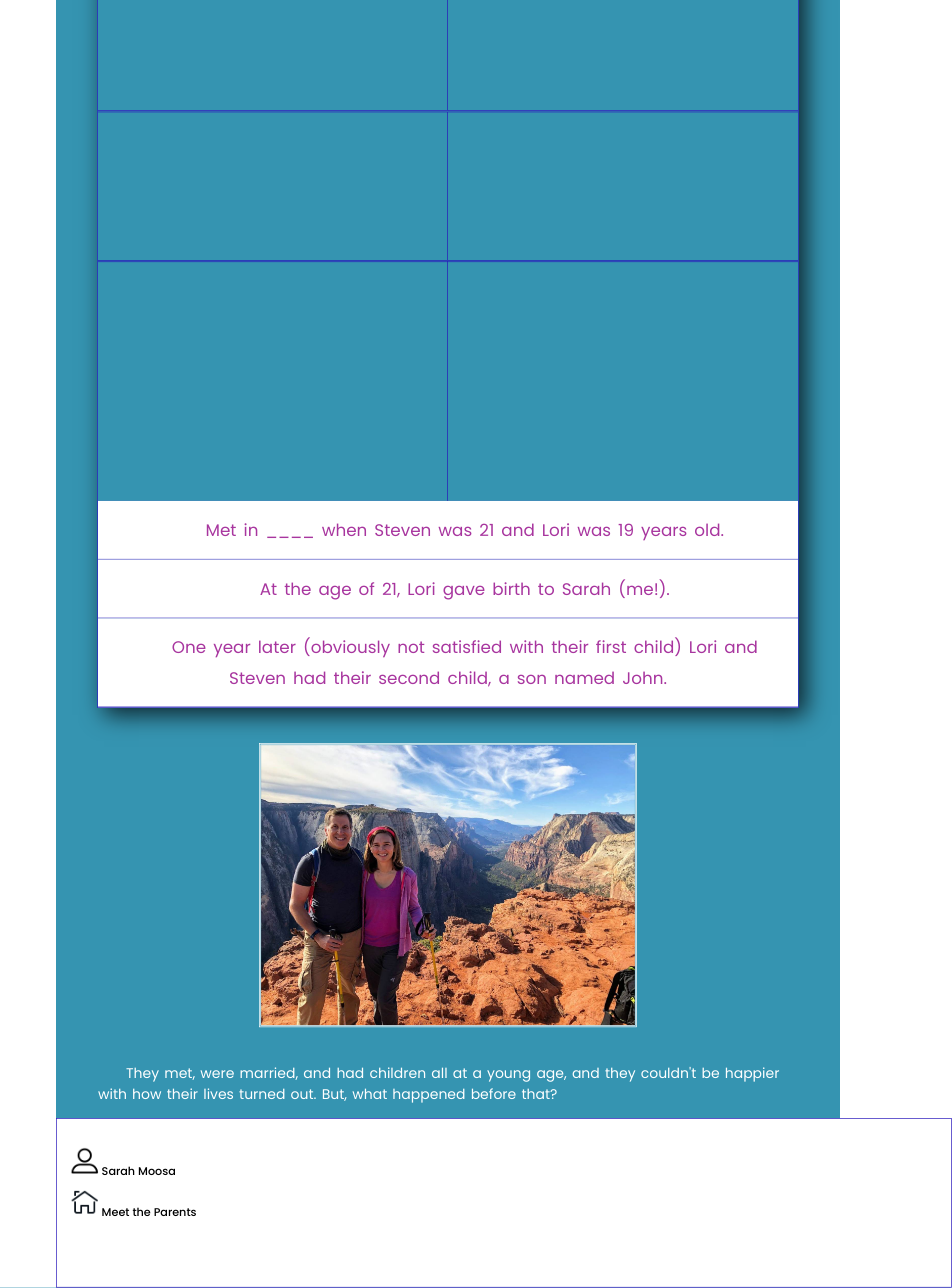
Repository: Sbethm/parents-tribute
Page: timeline.html
These files come from the project's save history. The page is drawn as it stood at one moment and after the next save; the edit follows.
The browser window is 1280 px wide. The page is 1360 px wide, then 1280 px, so the pictures cover 1360 px, including what lies to the right of the window. The pictures show the part of the page from y = 1708 to 3548 px (the page is 3548 px tall), at 70% of full size.

Above is the page before, as saved 2021-02-24 13:02:00.

### timeline.html
<!DOCTYPE html>
<html>
    <head>
      <meta charset="UTF-8">
      <title>Before They Met</title>
      <meta name="description" content="A choose your own story adventure game">
      <meta name="viewport" content="width=device-width, initial-scale=1.0">
      <link rel="preconnect" href="https://fonts.gstatic.com">
      <link href="https://fonts.googleapis.com/css2?family=Poppins:ital,wght@0,400;0,500;0,600;0,700;0,800;0,900;1,400;1,500;1,600;1,700;1,800;1,900&family=Sora:wght@400;500;600;700;800&display=swap" rel="stylesheet"> <!--
        This is used for headings:
        font-family: 'Sora', sans-serif;
        This is used for content:
        font-family: 'Poppins', sans-serif;-->
      <link href="style.css" type="text/css" rel="stylesheet">
    </head>

    <body>
      <header>
        <h1>Meet the Parents</h1>
        <nav class="navigation">
          <a href="timeline.html">Before They Met</a>
          <a class= "a--border" href="index.html">Meet the Parents</a>
          <a href="lesson.html">The Lesson</a>
          </nav>
      </header>
      <main>
        <h2>Before They Met</h2>
        <p class="p--first">My parents were married at a young age. So, many of the stories they share are about their lives together.</p>
        <p class="p--last">They met, were married, and had children all at a young age, and they couldn't be happier with how their lives turned out. But, what happened before that?</p>
        <div class="grid--timeline">
            <div class="grid__box--timeline dad">Steven</div>
            <div class="grid__box--timeline mom">Lori</div>
            <!---------Dad's Grid Boxes---------->
            <div class="grid__box--timeline f-1">Born in 1969. The same year that man  first stepped on the moon.</div>
            <div class="grid__box--timeline f-2">Steven attended a small Catholic school.</div>
            <div class="grid__box--timeline f-3">During recess in the 4th grade, he gashed his elbow while playing a rough-and-tumble game of football. This resulted in four stitches (for a nine year old that’s a lot of stitches!)</div>
            <div class="grid__box--timeline f-4">When he was thirteen, he camped in the backyard and stayed up all night.</div>
            <div class="grid__box--timeline f-5">He ran his first high school track meet, the 100 yard dash, and won third place. For the first track meet, that's not too shabby!</div>
            <div class="grid__box--timeline f-6">He was in a car accident, "not his fault", which lead to more stitches but this time in his forehead. Because of this, he had to sit out his senior year homecoming football game.</div>
            <div class="grid__box--timeline f-7">Having the lead role as Jesus during my high school senior year. It was the first annual Easter Passion play the school performed.</div>
            <div class="grid__box--timeline f-8">I remember a dream I had where I met a beautiful girl, at a homecoming dance, who I eventually married and we had two terrific kids who eventually married and gave me two more kids to enjoy time with.</div>
            <!---------Dad's Grid Box Covers----->
            <div class="cover__left f-1__cover">1969</div>
            <div class="cover__left  f-2__cover">School</div>
            <div class="cover__left  f-3__cover"></div>
            <div class="cover__left  f-4__cover"></div>
            <div class="cover__left  f-5__cover"></div>
            <div class="cover__left  f-6__cover"></div>
            <div class="cover__left  f-7__cover"></div>
            <div class="cover__left  f-8__cover"></div>
            <!---------Mom's Grid Boxes---------->
            <div class="grid__box--timeline m-1">Born in 1970. What happened this year? Oh, yeah! Mom was born!</div>
            <div class="grid__box--timeline m-2">Lori attended a slightly larger public school.</div>
            <div class="grid__box--timeline m-3">She cut off one of her pigtails in the bathroom. Perhaps to see if she had the makings of a hairstylist? Let's just say, this career path ended here.</div>
            <div class="grid__box--timeline m-4">She had skied half of a bunny slope when she realized this daredevil sport wasn't for her.</div>
            <div class="grid__box--timeline m-5">She performed the lead role in a junior high school play.</div>
            <div class="grid__box--timeline m-6">After a white knuckled horse ride in the Appalachians, she discovered that she was not meant to lead a life of adventure</div>
            <div class="grid__box--timeline m-7">made camps with her cousins in the Ritchie woods.</div>
            <div class="grid__box--timeline m-8">made camps with her cousins in the Ritchie woods.</div>
            <!---------Mom's Grid Box Covers----->
            <div class="cover__right m-1__cover"></div>
            <div class="cover__right m-2__cover"></div>
            <div class="cover__right m-3__cover"></div>
            <div class="cover__right m-4__cover"></div>
            <div class="cover__right m-5__cover"></div>
            <div class="cover__right m-6__cover"></div>
            <div class="cover__right m-7__cover"></div>
            <div class="cover__right m-8__cover"></div>
            <!--------After They Met Boxes------->
            <div class="grid__box--timeline fm-1">Met in ____ when Steven was 21 and Lori was 19 years old.</div>
            <div class="grid__box--timeline fm-2">At the age of 21, Lori gave birth to Sarah (me!).</div>
            <div class="grid__box--timeline fm-3">One year later (obviously not satisfied with their first child) Lori and Steven had their second child, a son named John.</div>
        </div>
        <section>
          <img class="img-hiking"src="img/hiking.jpg" alt="Mom and dad enjoying a hike.">
          <p class="p--last">They met, were married, and had children all at a young age, and they couldn't be happier with how their lives turned out. But, what happened before that?</p>
        </section>
      </main>
      <footer>
        <img class="icon" src="img/profile_icon.png" alt="profile icon">
        Sarah Moosa
        <br><br>
        <img class="icon" src="img/home_icon.png" alt="home icon">
        Meet the Parents
      </footer>
    </body>

</html>

### style.css
/*
html5doctor.com Reset Stylesheet
v1.6.1
Last Updated: 2010-09-17
Author: Richard Clark - http://richclarkdesign.com
Twitter: @rich_clark
*/

html, body, div, span, object, iframe,
h1, h2, h3, h4, h5, h6, p, blockquote, pre,
abbr, address, cite, code,
del, dfn, em, img, ins, kbd, q, samp,
small, strong, sub, sup, var,
b, i,
dl, dt, dd, ol, ul, li,
fieldset, form, label, legend,
table, caption, tbody, tfoot, thead, tr, th, td,
article, aside, canvas, details, figcaption, figure,
footer, header, hgroup, menu, nav, section, summary,
time, mark, audio, video {
    margin:0;
    padding:0;
    border:0;
    outline:0;
    font-size:100%;
    vertical-align:baseline;
    background:transparent;
}

body {
    line-height:1;
}

article,aside,details,figcaption,figure,
footer,header,hgroup,menu,nav,section {
    display:block;
}

nav ul {
    list-style:none;
}

blockquote, q {
    quotes:none;
}

blockquote:before, blockquote:after,
q:before, q:after {
    content:'';
    content:none;
}

a {
    margin:0;
    padding:0;
    font-size:100%;
    vertical-align:baseline;
    background:transparent;
}

/* change colours to suit your needs */
ins {
    background-color:#ff9;
    color:#000;
    text-decoration:none;
}

/* change colours to suit your needs */
mark {
    background-color:#ff9;
    color:#000;
    font-style:italic;
    font-weight:bold;
}

del {
    text-decoration: line-through;
}

abbr[title], dfn[title] {
    border-bottom:1px dotted;
    cursor:help;
}

table {
    border-collapse:collapse;
    border-spacing:0;
}

/* change border colour to suit your needs */
hr {
    display:block;
    height:1px;
    border:0;
    border-top:1px solid #cccccc;
    margin:1em 0;
    padding:0;
}

input, select {
    vertical-align:middle;
}

/* MY CODE BELOW */

body {
    width: 100vw;
    position: absolute;
}

main {
    width: calc(100vw - 40px);
    height: 100%;
    margin: 20px 20px;
    background-color: rgb(53, 148, 177);
}

header {
    width: 100vw;
    padding-top: 40px;
    background-color: rgb(255, 255, 255);
    display: flex;
    flex-direction: column;
    justify-content: center;
}

h1 {
    width: 100%;
    font-family: 'Sora', sans-serif;
    color: rgb(53, 148, 177);
    font-size: 3em;
    font-weight: 700;
    text-align: center;
    padding-bottom: 30px;
}

.navigation {
    max-width: 100vw;
    background-color: rgb(126, 66, 121);
    text-align: center;
    display: grid;
    grid-template-columns: repeat(3, 1fr);
    grid-template-areas:
      " time meet lesson";
}

.time {
    grid-area: time;
}

.meet {
    grid-area: meet;
}

.lesson {
    grid-area: lesson;
}

a {
    padding: 20px 7px;
    background-color: rgb(168, 54, 159);
    font-family: 'Poppins', sans-serif;
    font-size: 1em;
    font-weight: 400;
    color: rgb(255, 255, 255);
    text-decoration: none;
}

.a--border {
    border-left: solid 2px rgb(182, 97, 173);
    border-right: solid 2px rgb(182, 97, 173);
}

a:hover {
    background-color: rgb(97, 49, 92);
}

section {
    width: 100%;
}

h2 {
    max-width: 100%;
    padding: 20px 20px 10px 20px;
    font-family: 'Sora', sans-serif;
    font-size: 1.5em;
    font-weight: 600;
    text-align: center;
    color: rgb(255, 255, 255);
}


.img-sitting,
.img-hiking,
.disney-adventure__img {
    max-width: 100%;
    height: auto;
    justify-content: center;
    align-content: center;
}

.p--first,
.p--inner,
.p--last {
    font-family: 'Poppins', sans-serif;
    font-size: 1em;
    text-indent: 2em;
    line-height: 1.5em;
    word-spacing: 0.1em;
    color: rgb(255, 255, 255);
}

.p--first {
    padding: 10px 20px 0px 20px;
}

.p--inner {
    padding: 0px 20px 0px 20px;
}

.p--last {
    padding: 0px 20px 10px 20px;
}

footer {
    width: calc(100vw - 42px);
    height: 100px;
    padding: 40px 20px 0 20px;
    position: relative;
    bottom: 0;
    font-family: 'Poppins', sans-serif;
    font-size: 1em;
    font-weight: 500;
    border: solid 1px rgb(40, 23, 187);
}

.icon {
    width: 20px;
    height: auto;
}
/*MEET THE PARENTS CODE PHONE*/

.img-sitting {
    margin: 10px 0;
}

/*TIMELINE CODE PHONE*/

.grid--timeline {
    display: grid;
    margin: 10px 0;
    border: solid 1px rgb(40, 23, 187);
    grid-template-columns: 1fr 1fr;
    grid-template-rows: repeat(13, fit-content);
    grid-template-areas:
        "tl tl"
        "dad mom"
        "f-1 m-1"
        "f-2 m-2"
        "f-3 m-3"
        "f-4 m-4"
        "f-5 m-5"
        "f-6 m-6"
        "f-7 m-7"
        "f-8 m-8"
        "fm-1 fm-1"
        "fm-2 fm-2"
        "fm-3 fm-3";
}

.grid__box--timeline {
    background-color: rgb(255, 255, 255);
    padding: 10px 7px;
    color: rgb(168, 54, 159);
    text-align: center;
    font-family: 'Poppins', sans-serif;
    font-weight: 500;
    font-size: 1em;
}

.dad {
    grid-area: dad;
    border-top: solid 1px rgb(40, 23, 187);
    border-bottom: solid 1px rgb(40, 23, 187);
    border-right: solid 1px rgb(40, 23, 187);
}

.mom {
    grid-area: mom;
    border-top: solid 1px rgb(40, 23, 187);
    border-bottom: solid 1px rgb(40, 23, 187);
}

.f-1 {
    grid-area: f-1;
    border-bottom: solid 1px rgb(40, 23, 187);
    border-right: solid 1px rgb(40, 23, 187);
}

.f-2 {
    grid-area: f-2;
    border-bottom: solid 1px rgb(40, 23, 187);
    border-right: solid 1px rgb(40, 23, 187);
}

.f-3 {
    grid-area: f-3;
    border-bottom: solid 1px rgb(40, 23, 187);
    border-right: solid 1px rgb(40, 23, 187);
}

.f-4 {
    grid-area: f-4;
    border-bottom: solid 1px rgb(40, 23, 187);
    border-right: solid 1px rgb(40, 23, 187);
}

.f-5 {
    grid-area: f-5;
    border-bottom: solid 1px rgb(40, 23, 187);
    border-right: solid 1px rgb(40, 23, 187);
}

.f-6 {
    grid-area: f-6;
    border-bottom: solid 1px rgb(40, 23, 187);
    border-right: solid 1px rgb(40, 23, 187);
}

.f-7 {
    grid-area: f-7;
    border-bottom: solid 1px rgb(40, 23, 187);
    border-right: solid 1px rgb(40, 23, 187);
}

.f-8 {
    grid-area: f-8;
    border-bottom: solid 1px rgb(40, 23, 187);
    border-right: solid 1px rgb(40, 23, 187);
}

.cover {
    display: none;
}

.cover:hover {
    color: rgb(245, 245, 245, 0);
    background-color: rgb(65, 175, 209, 0);
    animation-name: fade;
    animation-duration: 1s;
}

.m-1 {
    grid-area: m-1;
    border-bottom: solid 1px rgb(40, 23, 187);
}

.m-2 {
    grid-area: m-2;
    border-bottom: solid 1px rgb(40, 23, 187);
}

.m-3 {
    grid-area: m-3;
    border-bottom: solid 1px rgb(40, 23, 187);
}

.m-4 {
    grid-area: m-4;
    border-bottom: solid 1px rgb(40, 23, 187);
}

.m-5 {
    grid-area: m-5;
    border-bottom: solid 1px rgb(40, 23, 187);
}

.m-6 {
    grid-area: m-6;
    border-bottom: solid 1px rgb(40, 23, 187);
}

.m-7 {
    grid-area: m-7;
    border-bottom: solid 1px rgb(40, 23, 187);
}

.m-8 {
    grid-area: m-8;
    border-bottom: solid 1px rgb(40, 23, 187);
}

.fm-1 {
    grid-area: fm-1;
    border-bottom: solid 1px rgb(40, 23, 187);
}

.fm-2 {
    grid-area: fm-2;
    border-bottom: solid 1px rgb(40, 23, 187);
}

.fm-3 {
    grid-area: fm-3;
    border-bottom: solid 1px rgb(40, 23, 187);
}

.img-hiking {
    margin-bottom: 10px;
}

/*LESSON LEARNED CODE PHONE*/

.disney-adventure__img {
    margin: 20px 0;
}


/*iPAD*/ @media screen and (min-width: 700px) and (max-width: 899px) {

    header {
        padding-top: 60px;
    }

    h1 {
        font-size: 3.5em;
        padding-bottom: 50px;
    }

    main {
        padding: 20px 0;
        margin: 0 20px;
        width: calc(100vw - 40px);
        background-color: rgb(53, 148, 177);
        border-top: none;
    }

    a {
        padding: 20px 40px;
        font-size: 1.5em;
    }

    .a--border {
        padding: 20px 60px;
    }

    h2 {
        font-size: 2.5em;

    }

    .p--first,
    .p--inner,
    .p--last {
        font-size: 1.5em;
        text-indent: 2em;
        line-height: 1.6em;
        word-spacing: 0.15em;
    }

    .p--first {
        padding: 20px 40px 0px 40px;
    }

    .p--inner {
        padding: 0px 40px 0px 40px;
    }

    .p--last {
        padding: 0px 40px 20px 40px;
    }

    section {
        background-color: rgb(40, 23, 187, 0);
        border: none;
    }

    .grid--section {
        display: grid;
        grid-template-columns: 50% 50%;
        grid-template-rows: 100px 200px 200px;
        grid-template-areas:
            "title title"
            "picture p1"
            "picture p2";
    }

    section h2 {
        grid-area: title;
        align-self: center;
        justify-self: center;
    }

    .img-sitting {
        max-height: 360px;
        margin-bottom: 20px;
        border: solid 1px rgb(40, 23, 187);
        border-left: none;
        grid-area: picture;
        justify-self: center;
        align-self: center;
    }

    .p1 {
        align-self: flex-start;
        grid-area: p1;
        padding-left: 40px;
        padding-right: 20px;
    }

    .p2 {
        align-self: flex-end;
        grid-area: p2;
        padding: 0 20px 30px 40px;
    }

   footer {
        width: calc(100vw - 42px);
        height: 200px;
        padding: 40px 20px 0 20px;
        position: relative;
        bottom: 0;
        font-family: 'Poppins', sans-serif;
        font-size: 1em;
        font-weight: 500;
        border: solid 1px rgb(40, 23, 187);
    }

    .icon {
        width: 40px;
        height: auto;
    }

/*TIMELINE CODE iPAD*/

    .grid__box--timeline{
        padding: 20px;
        font-size: 1.5em;
        line-height: 35px;
    }

    .title {
        font-size: 2.5em;
        color: rgb(255, 255, 255);
        background-color: rgb(53, 148, 177);
    }

    .dad,
    .mom {
        font-size: 2em;
    }

    .img-hiking {
        border: solid 1px rgb(40, 23, 187);
    }



/*LESSON LEARNED CODE iPAD*/

}

/*COMPUTER*/@media screen and (min-width: 900px) and (max-width: 2000px) {

    header {
        padding-top: 80px;
    }

    h1 {
        font-size: 4em;
        padding-bottom: 70px;
    }

    main {
        width: calc(100vw - 160px);
        padding-top: 20px;
        margin: 0 80px;
        border-top: none;
    }

    nav {
        width: calc(100vw - 160px);
        margin: 0 80px;
        background-color: rgb(126, 66, 121);
        text-align: center;
        display: grid;
        grid-template-columns: repeat(3, 3px);
        grid-template-areas:
          " time meet lesson";
    }

    a {
        font-size: 1.25em;
    }

    h2 {
        font-size: 2em;
        padding: 20px;
    }

    .p--first,
    .p--inner,
    .p--last {
        font-size: 1.25em;
        text-indent: 2em;
        line-height: 1.5em;
        word-spacing: 0.1em;
    }

    .p--first {
        padding: 20px 60px 0px 60px;
    }

    .p--inner {
        padding: 0px 60px 0px 60px;
    }

    .p--last {
        padding: 0px 60px 20px 60px;
    }

    .grid--section {
        display: grid;
        padding-bottom: 40px;
        grid-template-columns: auto;
        grid-template-rows: 150px 420px 150px 150px;
        grid-template-areas:
            "title"
            "picture"
            "p1"
            "p2";
    }

    section h2 {
        align-self: center;
        justify-self: center;
    }

    .img-sitting {
        max-height: 400px;
        margin-bottom: 0px;
        border: double 3px rgb(255, 255, 255);
        justify-self: center;
        align-self: center;
    }

    .p1 {
        align-self: center;
        grid-area: p1;
        padding: 20px 40px;
    }

    .p2 {
        align-self: center;
        grid-area: p2;
        padding: 20px 40px;
    }

    footer {
        width: calc(100vw - 162px);
        margin: 0 80px;
    }

/*TIMELINE CODE COMPUTER*/

    .img-hiking {
    max-height: 400px;
    width: auto;
    border: double 3px rgb(255, 255, 255);
    display: block;
    margin: 50px auto ;
    }

    .grid__box--timeline{
        z-index: 1;
        padding: 20px;
        font-size: 1.5em;
        text-indent: 2em;
        line-height: 1.8em;
        word-spacing: 0.15em;
    }

    .grid--timeline {
        display: grid;
        margin: 0 auto;
        width: 1000px;
        box-shadow: 10px 10px 31px 0px rgba(0,0,0,0.75);
        -webkit-box-shadow: 10px 10px 31px 0px rgba(0,0,0,0.75);
        -moz-box-shadow: 10px 10px 31px 0px rgba(0,0,0,0.75);
        grid-template-columns: 1fr 1fr;
        grid-template-rows: repeat(13, fit-content);
        grid-template-areas:
            "tl tl"
            "dad mom"
            "f-1 m-1"
            "f-2 m-2"
            "f-3 m-3"
            "f-4 m-4"
            "f-5 m-5"
            "f-6 m-6"
            "f-7 m-7"
            "f-8 m-8"
            "fm-1 fm-1"
            "fm-2 fm-2"
            "fm-3 fm-3";
    }

    .grid__box--timeline {
    font-weight: 400;
    }

    .dad,
    .mom {
        font-size: 2em;
        font-weight: 500;
    }


.cover__left {
    z-index: 2;
    color:rgb(245, 245, 245);
    font-family: 'Poppins', sans-serif;
    text-align: center;
    font-size: 2em;
    background-color: rgb(53, 148, 177);
    border-top: double 3px rgb(40, 23, 187);
    border-right: solid 1px rgb(40, 23, 187);
    display: flex;
    justify-content: center;
    align-items: center;
}

.cover__right {
    z-index: 2;
    color:rgb(245, 245, 245);
    font-family: 'Poppins', sans-serif;
    text-align: center;
    font-size: 2em;
    background-color: rgb(53, 148, 177);
    border-top: double 3px rgb(40, 23, 187);

    display: flex;
    justify-content: center;
    align-items: center;

}

.cover__left:hover,
.cover__right:hover {
    animation-name: fade;
    animation-duration: 1s;
    animation-fill-mode: forwards;
}

@keyframes fade {
    0% {
        background-color: rgb(53, 148, 177);
    }
    100% {
        background-color: rgb(65, 175, 209, 0);
    }
}

.f-1__cover {
    grid-area: f-1;
}

.f-2__cover {
    grid-area: f-2;
}

.f-3__cover {
    grid-area: f-3;
}

.f-4__cover {
    grid-area: f-4;
}

.f-5__cover {
    grid-area: f-5;
}

.f-6__cover {
    grid-area: f-6;
}

.f-7__cover {
    grid-area: f-7;
}

.f-8__cover {
    grid-area: f-8;
}

.m-1__cover {
    grid-area: m-1;
}

.m-2__cover {
    grid-area: m-2;
}

.m-3__cover {
    grid-area: m-3;
}

.m-4__cover {
    grid-area: m-4;
}

.m-5__cover {
    grid-area: m-5;
}

.m-6__cover {
    grid-area: m-6;
}

.m-7__cover {
    grid-area: m-7;
}

.m-8__cover {
    grid-area: m-8;
}

.m-1 {
    border-left: solid 1px rgb(40, 23, 187);
}

.m-2 {
    border-left: solid 1px rgb(40, 23, 187);
}

.m-3 {
    border-left: solid 1px rgb(40, 23, 187);
}

.m-4 {
    border-left: solid 1px rgb(40, 23, 187);
}

.m-5 {
    border-left: solid 1px rgb(40, 23, 187);
}

.m-6 {
    border-left: solid 1px rgb(40, 23, 187);
}

.m-7 {
    border-left: solid 1px rgb(40, 23, 187);
}

.m-8 {
    border-left: solid 1px rgb(40, 23, 187);
}

    footer {
        width: calc(100vw - 42px);
        height: 200px;
        padding: 40px 20px 0 20px;
        position: relative;
        bottom: 0;
        font-family: 'Poppins', sans-serif;
        font-size: 1em;
        font-weight: 500;
        border: solid 1px rgb(40, 23, 187);
    }

    .icon {
        width: 40px;
        height: auto;
    }
/*LESSON LEARNED CODE iPAD*/

}

After the next save:
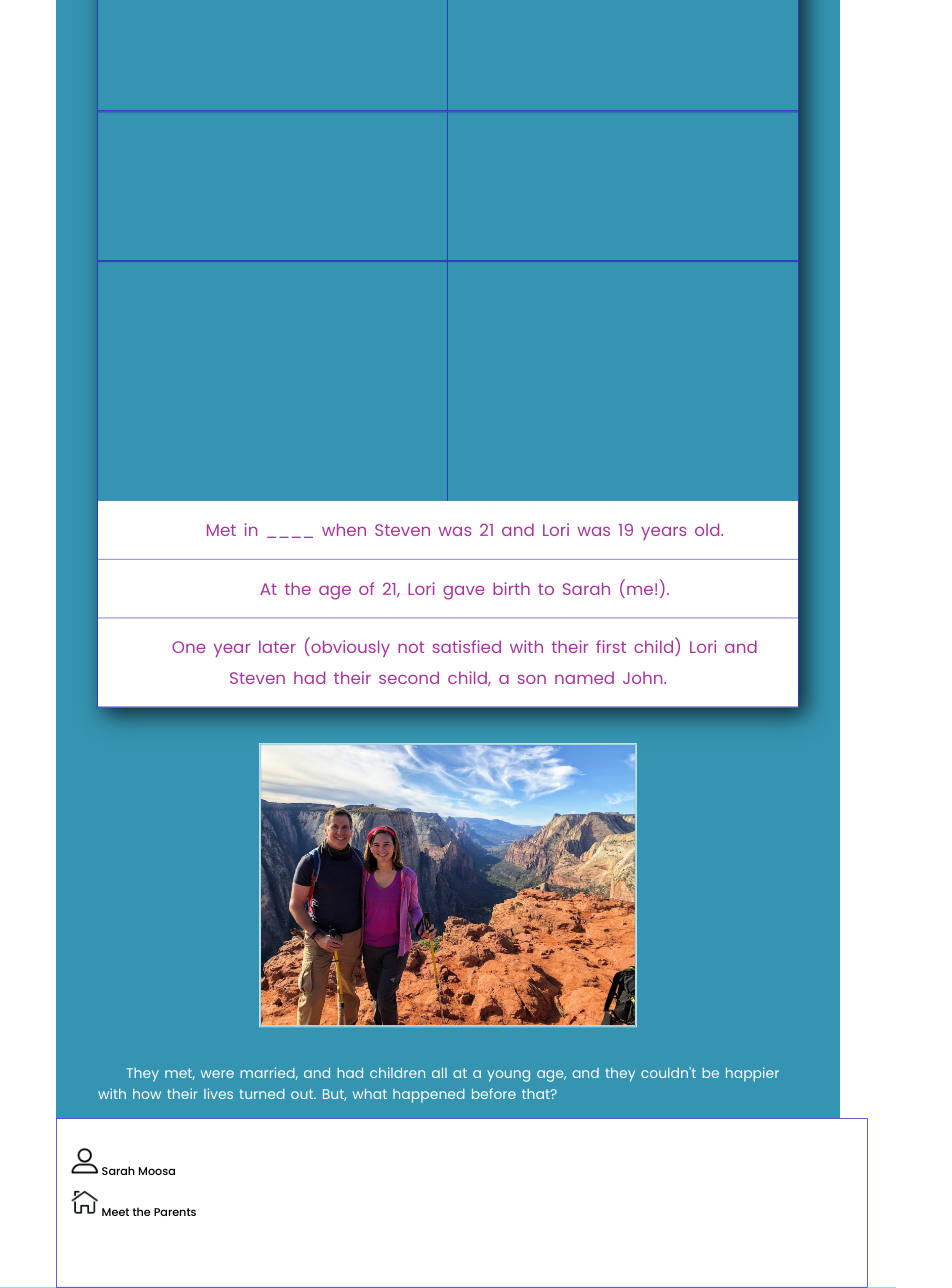
Saved 107 s later.
--- a/style.css
+++ b/style.css
@@ -657,7 +657,7 @@
     }
 
     footer {
-        width: calc(100vw - 162px);
+        max-width: calc(100vw - 162px);
         margin: 0 80px;
     }
 
